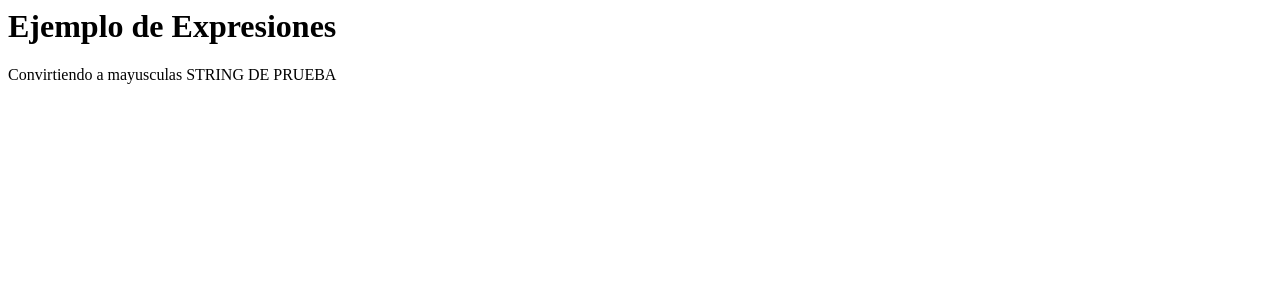
Repository: jchemile/varios
Page: http://localhost/Primeros_pasos_JSP/EjemploExpresiones.jsp
The author's editor kept a copy of each file at every save. The page is drawn from the files as they stood at one save, then again after the next save.
The browser window is 1280 px wide. The pictures show the whole page.
The page is served by Tomcat 9. Other server files are loaded and not shown.

Above is the page before, as saved 2020-04-19 03:37:39.

### pildoras_informaticas/javaee/Primeros_pasos_JSP/WebContent/EjemploExpresiones.jsp
<html>
<body>

<h1>
Ejemplo de Expresiones
</h1>

Convirtiendo a mayusculas <%= new String("String de prueba").toUpperCase() %>

</body>
</html>

After the next save:
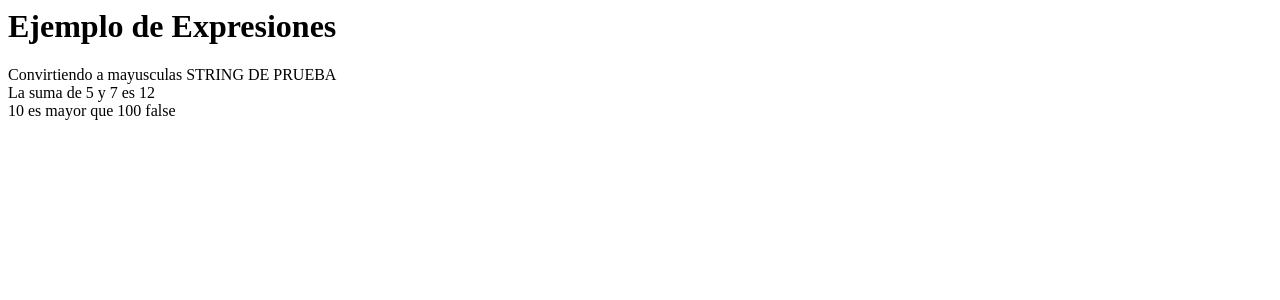
Saved 65 s later.
--- a/pildoras_informaticas/javaee/Primeros_pasos_JSP/WebContent/EjemploExpresiones.jsp
+++ b/pildoras_informaticas/javaee/Primeros_pasos_JSP/WebContent/EjemploExpresiones.jsp
@@ -7,5 +7,13 @@ Ejemplo de Expresiones
 
 Convirtiendo a mayusculas <%= new String("String de prueba").toUpperCase() %>
 
+<br>
+
+La suma de 5 y 7 es <%= 5 + 7 %>
+
+<br>
+
+10 es mayor que 100 <%= 10 > 100 %>
+
 </body>
 </html>
